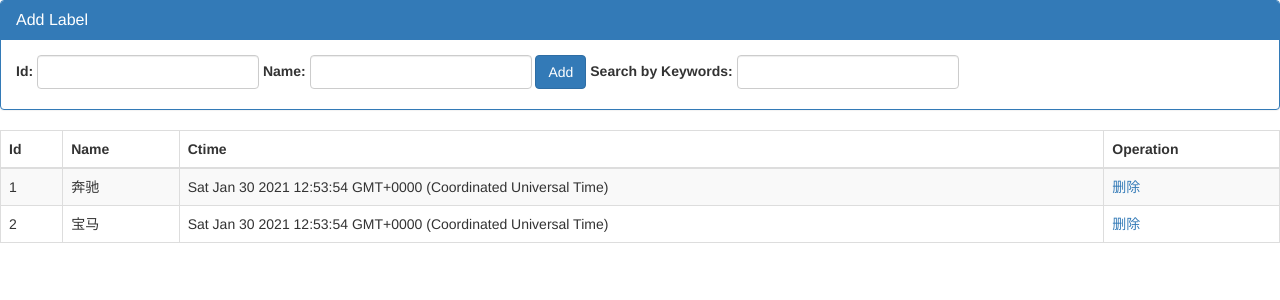
Repository: Devonzhang/FrontEnd
Page: VueStudyDay2/02品牌列表案例2.html
The author's editor kept a copy of each file at every save. The page is drawn from the files as they stood at one save, then again after the next save.
The browser window is 1280 px wide. The pictures show the whole page.

Above is the page before, as saved 2021-01-31 17:04:56.

### VueStudyDay2/02品牌列表案例2.html
<!DOCTYPE html>
<html lang="en">

<head>
    <meta charset="UTF-8">
    <meta name="viewport" content="width=device-width, initial-scale=1.0">
    <title>Document</title>
    <script src="lib/vue.js"></script>
    <link rel="stylesheet" href="lib/bootstrap.css">
    <!-- 需要JQuery？NO -->
</head>

<body>
    <div id="app">
        <div class="panel panel-primary">
            <div class="panel-heading">
                <h3 class="panel-title">Add Label</h3>

            </div>
            <div class="panel-body form-inline">
                <label>Id:
                    <input type="text" class="form-control" v-model="id">
                </label>
                <label>Name:
                    <input type="text" class="form-control" v-model="name">
                </label>
                <input type="button" value="Add" class="btn btn-primary" @click="add">
                <label>Search by Keywords:
                    <input type="text" class="form-control" v-model="keywords">
                </label>
                <!-- <input type="button" value="Search" class="btn btn-primary" @click="add"> -->
            </div>
        </div>


        <table class="table table-bordered table-hover table-striped">
            <thead>
                <tr>
                    <th>Id</th>
                    <th>Name</th>
                    <th>Ctime</th>
                    <th>Operation</th>
                </tr>
            </thead>
            <tbody>
                <tr v-for="item in search(keywords)" :key="item.id">
                    <td v-text="item.id"></td>
                    <td v-text="item.name"></td>
                    <td v-text="item.ctime"></td>
                    <td>
                        <a href="" @click.prevent="del(item.id)">删除</a>
                    </td>
                </tr>
            </tbody>
        </table>

    </div>
    <script>
        var vm = new Vue({
            el: '#app',
            data: {
                id: '',
                name: '',
                keywords: '',
                list: [{
                    id: 1,
                    name: '奔驰',
                    ctime: new Date()
                }, {
                    id: 2,
                    name: '宝马',
                    ctime: new Date()
                }]

            },
            methods: {
                add() {
                    this.list.push({
                        id: this.id,
                        name: this.name,
                        ctime: new Date()
                    })
                    this.id = this.name = ''
                },
                del(id) {
                    //1. 根据Id找到需要删除的索引
                    //2. 找到索引后，调用splice方法
                    // this.list.some((item, i) => {
                    //     //数组some方法中 使用return true会立即终止数组的后续循环
                    //     if (item.id == id) {
                    //         this.list.splice(i, 1)
                    //         return true;
                    //     }
                    // })
                    //some可以进行操作，findIndex只查找index
                    var index = this.list.findIndex(item => {
                        if (item.id == id) {
                            return true;
                        }
                    })
                    this.list.splice(index, 1)




                },
                search(keywords) { //根据关键词数据搜索
                    //var newlist = []

                    //findindex方法
                    // this.list.forEach(item => {
                    //     if (item.name.indexOf(keywords) != -1) {
                    //         newlist.push(item)
                    //     }
                    // })

                    //foreach some filter findIndex都是属于数组的新方法
                    //都会对数组中的每一项进行遍历，执行相关操作
                    var newList = this.list.filter(item => {
                        //if(item.name.indexOf(keywords)!=-1)
                        //ES6中为字符串提供了新方法，叫做 String.prototype.includes('要包含的字符串')
                        //包含返回true 否则返回false
                        if (item.name.includes(keywords)) {
                            return item

                        }

                    })


                    return newList

                }

            }
        })
    </script>

</body>

</html>

Loaded but not shown: VueStudyDay2/lib/vue.js (library); VueStudyDay2/lib/bootstrap.css (library)

After the next save:
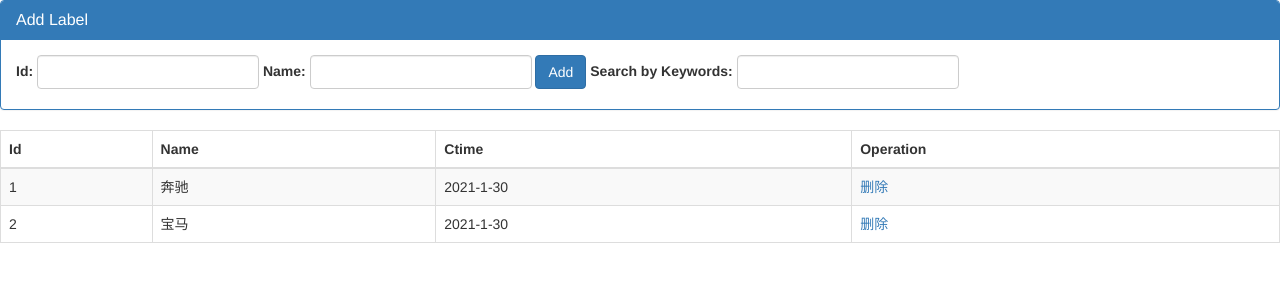
Saved 7 min 46 s later.
--- a/VueStudyDay2/02品牌列表案例2.html
+++ b/VueStudyDay2/02品牌列表案例2.html
@@ -46,7 +46,7 @@
                 <tr v-for="item in search(keywords)" :key="item.id">
                     <td v-text="item.id"></td>
                     <td v-text="item.name"></td>
-                    <td v-text="item.ctime"></td>
+                    <td>{{item.ctime | dateFormat}}</td>
                     <td>
                         <a href="" @click.prevent="del(item.id)">删除</a>
                     </td>
@@ -56,6 +56,19 @@
 
     </div>
     <script>
+        Vue.filter('dateFormat', function(dateStr) {
+            //根据给定的时间字符串得到特定的时间
+            var dt = new Date(dateStr)
+                //yyyy-mm-dd
+            var y = dt.getFullYear()
+            var m = dt.getMonth() + 1
+            var d = dt.getDate()
+
+            return `${y}-${m}-${d}`
+        })
+
+
+
         var vm = new Vue({
             el: '#app',
             data: {
